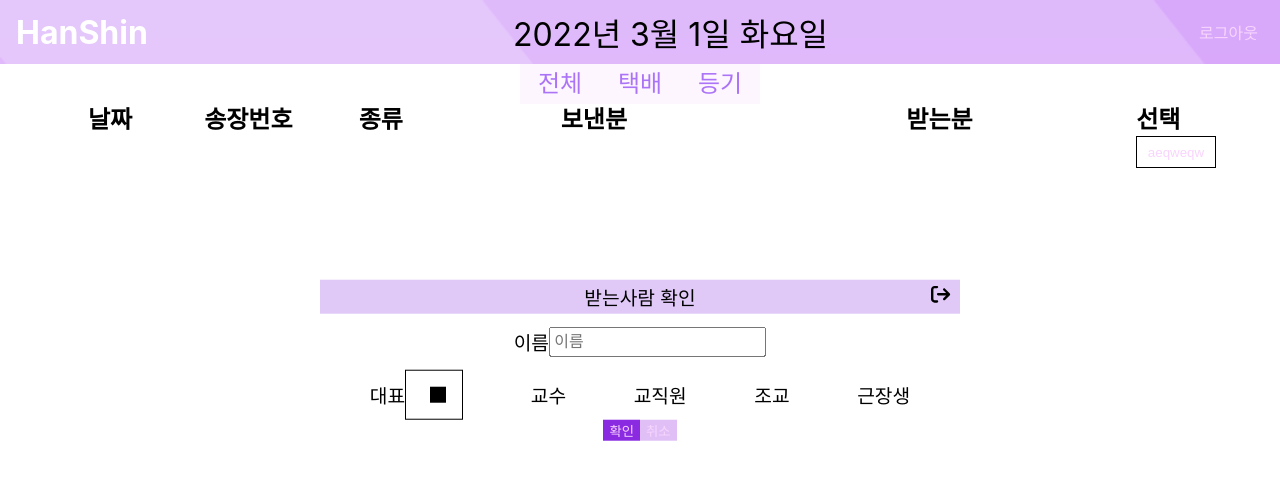
Repository: SeungYn/hanshinClient
Page: /, after clicking the first element matching `button.package_d2e76_submitBtn`
An editor plug-in stored every save of this project. The page is shown before and after the next save, followed by the edit.
The browser window is 1280 px wide. The pictures show the whole page.
The page's requests for data from a server got no answer. The project was rebuilt for these pictures with package versions that can differ from the ones it lists, and the page was loaded fresh each time. No one was signed in, and anything a server would have sent is missing. Also part of the build but not shown: src/App.css, src/components/item/item.jsx, src/components/addboxs/addBoxs.jsx.

Above is the page before, as saved 2022-03-01 02:32:43.

After the next save:
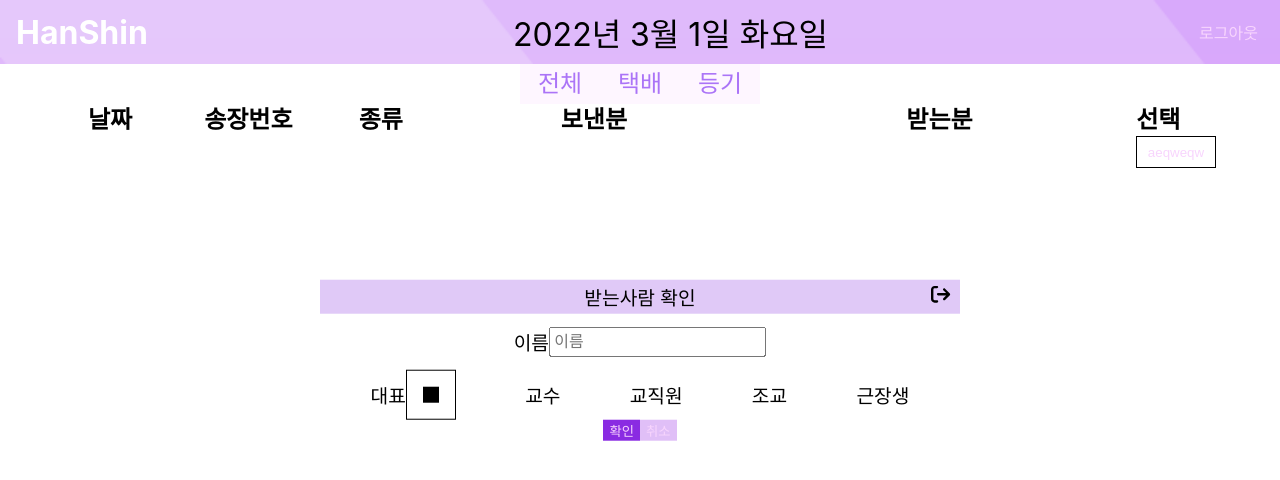
Saved 6 s later.
--- a/src/components/receiverInput/receiverInput.module.css
+++ b/src/components/receiverInput/receiverInput.module.css
@@ -54,7 +54,6 @@ input[type='radio'] {
 }
 
 .checkedBox:after {
-  margin-left: 0.5rem;
   content: ' ';
   display: block;
   width: 1rem;
